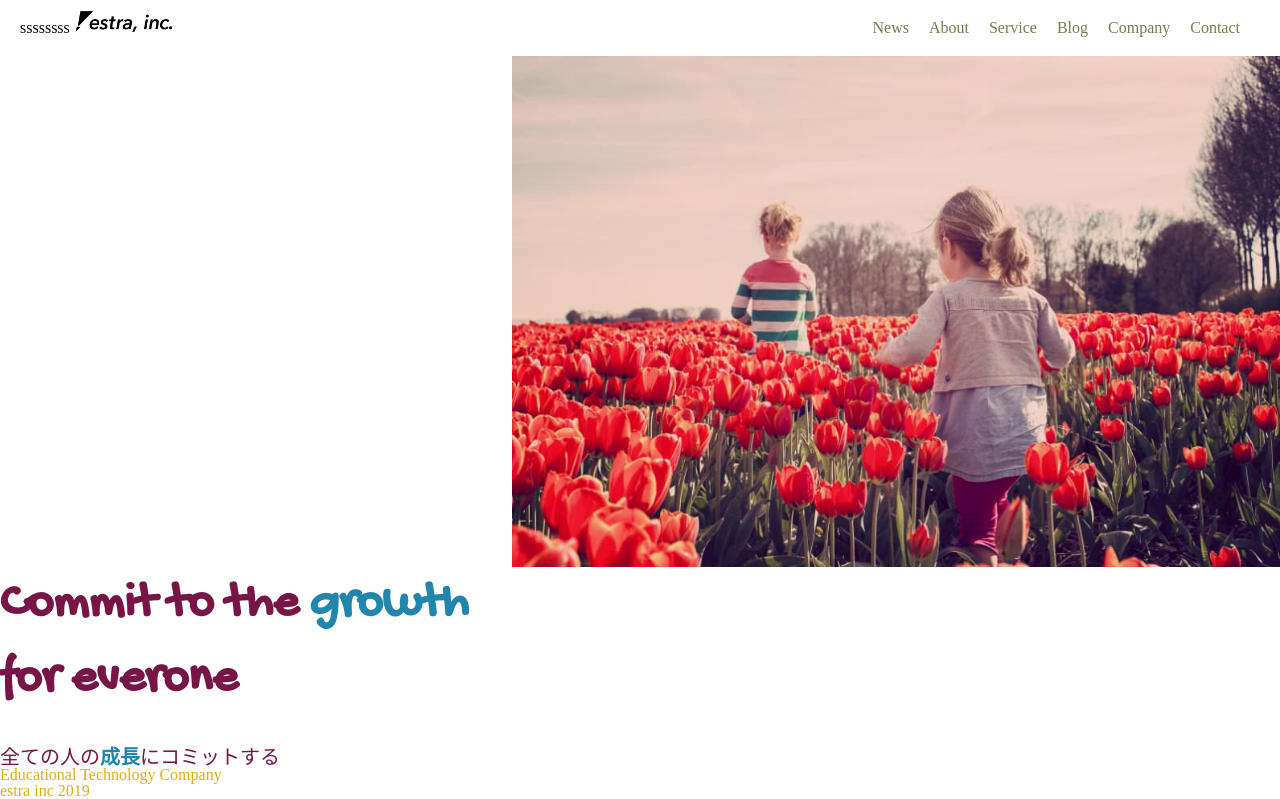
Repository: masanarimiura/20220504miura
Page: index.html
The author's editor kept a copy of each file at every save. The page is drawn from the files as they stood at one save, then again after the next save.
The browser window is 1280 px wide. The pictures show the whole page.

Above is the page before, as saved 2022-05-04 18:30:42.

After the next save:
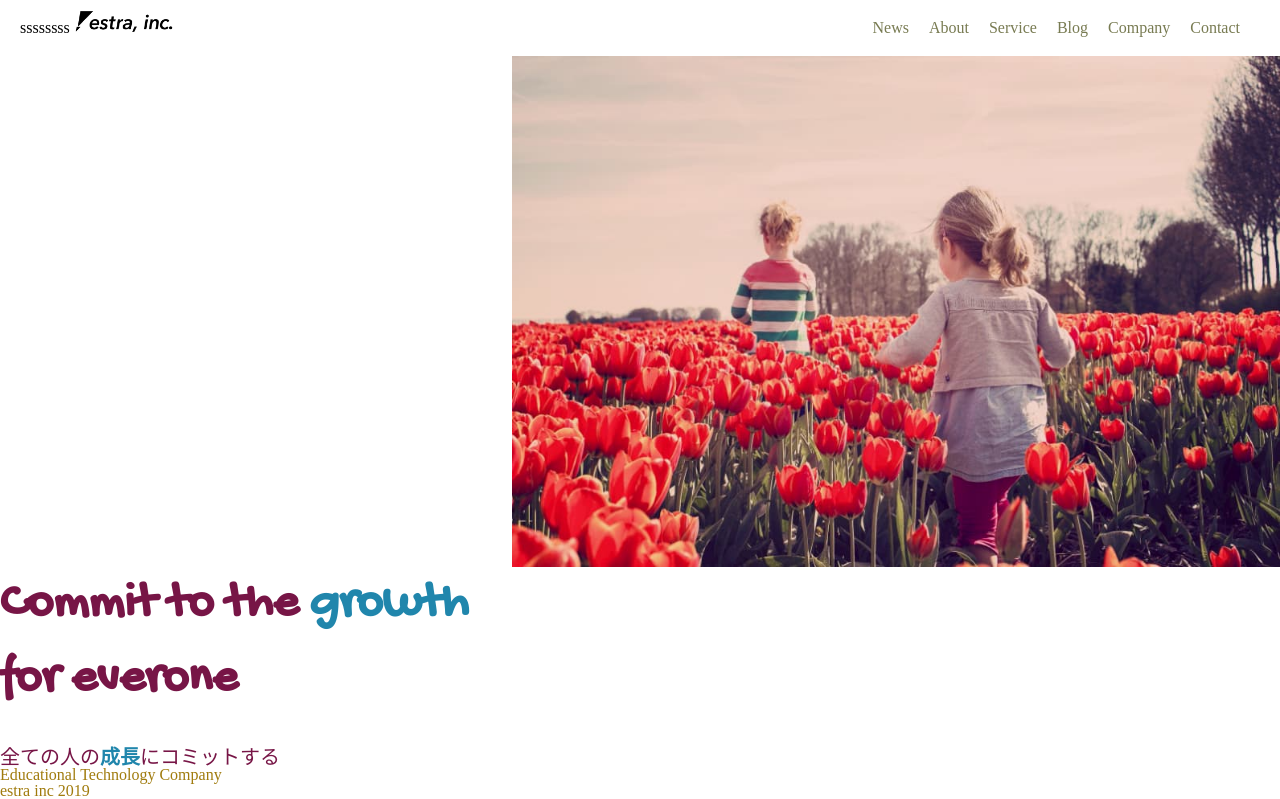
Saved 9 s later.
--- a/css/style.css
+++ b/css/style.css
@@ -47,7 +47,7 @@ a {
   margin-top: 30px;
 }
 .firstview-en {
-  color: rgb(222, 172, 24);
+  color: rgb(160, 123, 13);
 }
 .firstview-text-emphasis {
   color: rgb(32, 134, 172);
